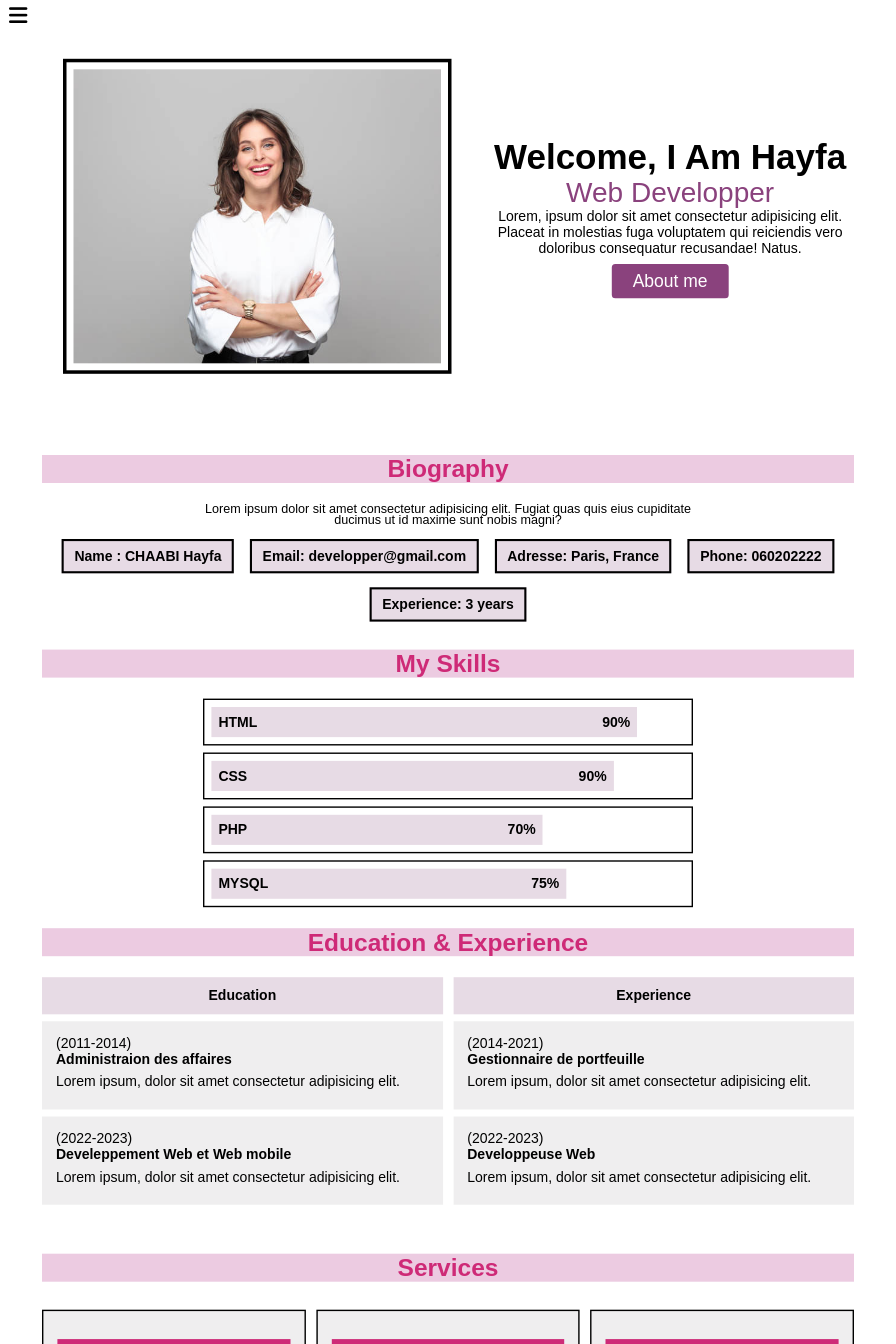
Repository: haifabilel/portfolio_project
Page: http://localhost/
These files come from the project's save history. The page is drawn as it stood at one moment and after the next save; the edit follows.
The browser window is 1280 px wide. The pictures show the part of the page from y = 0 to 1920 px (the page is 2678 px tall before and 2688 px after), at 70% of full size.
Some web fonts or font styles are not loaded; a fallback is used. The page is run by PHP 8.4 with error messages shown; the project is at /var/www/html/.

Above is the page before, as saved 2023-09-17 14:13:53.

### index.php
<!DOCTYPE html>
<html lang="fr">
<head>
    <meta charset="UTF-8">
    <meta name="viewport" content="width=device-width, initial-scale=1.0">
    <title>Portfolio</title>
    <!-- Font awesome cdn -->
    <link rel="stylesheet" href="https://cdnjs.cloudflare.com/ajax/libs/font-awesome/6.4.2/css/all.min.css">
    <!-- css link -->
    <link rel="stylesheet" href="css/style.css"
</head>
<body>
<!-- Header Section Starts -->
<header class="header">
<div id="menu-btn" class="fas fa-bars"></div>

    <a href="#home" class="logo">
       <img src="asset/logo.png" class="logo" alt="image-logo">
    </a>
<nav class="navbar">
    <a href="#home"class="active">Home</a>
    <a href="#about">About me</a>
    <a href="#portfolio">portfolio</a>
    <a href="#contact">Contact me</a>
</nav>
<div class="follow">
<a href="#" class="fab fa-facebook"></a>
<a href="#" class="fab fa-twitter"></a>
<a href="#" class="fab fa-instagram"></a>
<a href="#" class="fab fa-linkedin"></a>
<a href="#" class="fab fa-github"></a>
</div>
</header>

<!-- Header Section Ends -->
<!-- Home Section Starts -->
<section class="home" id="home">
    <div class="image">
        <img src="asset/photo-femme.jpg" alt="photo-femme" class="image-profil" >
    </div>
 <div class="content">
    <h1>Welcome, i am hayfa</h1>
    <p class="developper">Web Developper</p>
    <p>Lorem, ipsum dolor sit amet consectetur adipisicing elit. Placeat in molestias fuga voluptatem qui reiciendis vero doloribus consequatur recusandae! Natus.</p>
    <a href="#about" class="btn">About me</a>
 </div>
</section>
<!-- Home Section Ends -->
<!-- about Section Starts -->
<section class="about"  id="about">
    <h2 class="myBio">Biography</h2>
    <div class="biography">
        <p>Lorem ipsum dolor sit amet consectetur adipisicing elit.
             Fugiat quas quis eius cupiditate ducimus ut id maxime sunt nobis magni? </p>
        <h3> Name : CHAABI Hayfa </h3>
        <h3> Email: developper@gmail.com </h3>
        <h3> Adresse: Paris, France </h3>
        <h3> Phone: 060202222 </h3>
        <h3> Experience: 3 years </h3>
    </div>
<div class="skills">
<h2 class="myskills">My Skills</h2>
<div class="progress">
    <div class="bar"><h3><span>HTML</span><span>90%</span></h3></div>
    <div class="bar"><h3><span>CSS</span><span>90%</span></h3></div>
    <div class="bar"><h3><span>PHP</span><span>70%</span></h3></div>
    <div class="bar"><h3><span>MYSQL</span><span>75%</span></h3></div>
</div>
</div>

<div class="education_experienes">
     <h2 class="myskills">Education & Experience</h2>
    <div class="row">
        <div class="box_container">
            <h3 class="titre">Education</h3>
            <div class="box">
                <span>(2011-2014)</span>
                <h4>Administraion des affaires</h4>
                <p>Lorem ipsum, dolor sit amet consectetur
                    adipisicing elit.</p>
            </div>

            <div class="box">
                <span>(2022-2023)</span>
                <h4>Develeppement Web et Web mobile</h4>
                <p>Lorem ipsum, dolor sit amet consectetur
                    adipisicing elit.</p>
            </div>
        </div>

        <div class="box_container">
            <h3 class="titre">Experience</h3>
            <div class="box">
                <span>(2014-2021)</span>
                <h4>Gestionnaire de portfeuille</h4>
                <p>Lorem ipsum, dolor sit amet consectetur
                    adipisicing elit.</p>
            </div>

            <div class="box">
                <span>(2022-2023)</span>
                <h4>Developpeuse Web</h4>
                <p>Lorem ipsum, dolor sit amet consectetur
                    adipisicing elit.</p>
            </div>
        </div>
    </div>
</div>
</section>
<!-- about Section Ends -->
<!-- Services Section starts -->
<section class="services" id="services">
<h2 class="myservice">Services</h2>
<div class="box-container">
    <div class="box">
        <h3>Developpement Front End (HTML/CSS/JAVASCIPT)</h3>
        <p>Lorem ipsum dolor sit amet consectetur, adipisicing elit. Deleniti quo qui quisquam laboriosam repellendus tempore,
            suscipit numquam. Laborum, quisquam nam.</p>
    </div>

    <div class="box">
        <h3>Develeloppement Back End (PHP/SYMFONY/MYSQL)</h3>
        <p>Lorem ipsum dolor sit amet consectetur, adipisicing elit. Deleniti quo qui quisquam laboriosam repellendus tempore,
            suscipit numquam. Laborum, quisquam nam.</p>
    </div>

    <div class="box">
        <h3>La maintenance du produit après développement</h3>
        <p>Lorem ipsum dolor sit amet consectetur, adipisicing elit. Deleniti quo qui quisquam laboriosam repellendus tempore,
            suscipit numquam. Laborum, quisquam nam.</p>
    </div>
    <div class="box">

        <h3>Le test et l’intégration en continu les solutions web</h3>
        <p>Lorem ipsum dolor sit amet consectetur, adipisicing elit. Deleniti quo qui quisquam laboriosam repellendus tempore,
            suscipit numquam. Laborum, quisquam nam.</p>
    </div>
    <div class="box">
        <h3>La configuration et l’entretien des serveurs d’hébergements</h3>
        <p>Lorem ipsum dolor sit amet consectetur, adipisicing elit. Deleniti quo qui quisquam laboriosam repellendus tempore,
            suscipit numquam. Laborum, quisquam nam.</p>
    </div>
    <div class="box">
        <h3>La configuration et l’entretien des serveurs d’hébergements</h3>
        <p>Lorem ipsum dolor sit amet consectetur, adipisicing elit. Deleniti quo qui quisquam laboriosam repellendus tempore,
            suscipit numquam. Laborum, quisquam nam.</p>
    </div>
</div>
</section>



<!-- Services Section ends -->











<script src="js/script.js"></script>
</body>
</html>

### css/style.css
@import url('https://fonts.googleapis.com/css2?family=Crimson+Text:wght@400;600&family=EB+Garamond:wght@400;500;600&family=Lora:ital@1&family=Nanum+Myeongjo:wght@400;700;800&family=Poppins:ital,wght@1,200;1,300;1,400;1,500&display=swap');
:root{
    --black:#000;
    -white:#fff;
    --pinkLight:#ce2a77;
    --pink:#8e6787;
    --light-bg:#eccbe1;
    --light-bg2:#dccad8ab;
    --border-bold:.4rem solid var(--pink);
    --box--shadow:7px 6px 5px 0px rgba(0,0,0,0.4);
}
*{
    font-family: 'EB Garamond', 'Arial',' sans-serif';
    margin: 0;
    padding:0;
    box-sizing: border-box;
    outline:none;
    border:none;
    text-decoration:none;

}
*{
    background-color: var(--white);

}
*::-webkit-scrollbar{
    height:.5rem;
    width:1rem;
   }
*::-webkit-scrollbar-track{
    background-color: transparent;
}
*::-webkit-scrollbar-thumb{
    background-color: var(--pink);
}
html{
    font-size:62.5%;
    overflow-x: hidden;
    scroll-behavior: smooth;
}
section{
    padding:3rem 2rem;
    margin:0 auto;
    max-width:1200px;
    text-align: center;

}
body{
 margin: 20px;
 overflow: hidden;
 transition:.2s linear !important;
 text-align: center;
}
body.active{
  padding-left:35rem;
}

/* <!-- Body Section Ends --> */
/* <!-- Header Section Starts --> */
.header{
    position:fixed;
    top:0;left:-35rem;
    height:100vh;
    background-color:var(--white);
    border-right:var(--border-bold);
    width:35rem;
    padding:3rem 2rem;
    text-align:center;
    display: flex;
    align-items: center;
    justify-content: space-between;
    flex-flow: column;
    transition:.2s linear !important;
    text-align: center;

}
header .navbar{
    width: 100%;


}
header .navbar a{
    text-decoration: none;
    font-size: 2.5rem;
    padding:1.5rem;
    margin:3rem;
    display:block;

}
header .navbar a.active,
header .navbar a:hover{
 background-color: #f0aae46b;
 transform: scale(1.2);
}
.header .follow a{
    font-size:2.5rem;
    margin:0 1rem;
    color:#8a427d;
}
.header .follow a:hover{
    transform: scale(2.1);
}
#menu-btn{
   position: absolute;
   top:0; right:-5.5rem;
   height:4.5rem;
   line-height: 4.5rem;
   width:5rem;
   font-size: 3rem;
   cursor: pointer;
   color: var(--white);
}
.logo{
    margin-top: -30px;
    height: 190px;
}
header.active{
   left:0;
}
/* Header Section Ends */
 /* Home Section Starts  */
.home{
    margin-top:-70px;
    margin-bottom: -50px;
    display:flex;
    align-items: center;
    flex-wrap:wrap;
    gap:2rem;
    min-height: 100vh;
}
h1{
    font-size: 5rem;
    text-transform:capitalize;
}

.developper{
    color:#8a427d;
    font-size: 4rem;
}
p{
    font-size: 2rem;
}
.home .image img{
    height:45rem;
    padding:1rem;
    margin:30px;
    border :5px solid black;

}
.home .image{
    flex:1 1 40rem;
}
.home .content{
    flex:1 1 40rem;
}
.btn{
    display: inline-block;
    margin-top:1rem ;
    cursor: pointer;
    padding:1rem 3rem;
    background-color: #8a427d;
    color:#fff;
    border-radius: 5px;
    font-size: 2.5rem;
}
.btn:hover{
    transform: scale(1.1);
    transition: 0.5s;
}
/* Home Section Ends */
/* About section starts */
h2{

    margin-bottom:3rem;
    text-align: center;
    font-size: 3.5rem;
    color: var(--pinkLight);
    background-color: var(--light-bg);

}
h3{
    font-size: 2rem;
}
.biography p{
    margin:1rem auto;
    max-width:70rem;
    line-height:1.5rem;
    font-size:1.7rem;
    font-size: large;
}
.biography{
    margin-top: 1rem;
}
.biography h3{
    padding:1rem 1.5rem;
    display: inline-block;
    margin:1rem;
    background-color:var(--light-bg2);
    word-break:break-all;
    font-size:2rem;
    border:3px solid var(--black);
}
/* My Skills part starts */
.about .skills{
    margin:3rem 0;

}
.skills .progress{
  margin-top: 1rem;
}
.skills .progress .bar{
margin:1rem auto;
max-width: 70rem;
border:2px solid black;
padding:1rem;


}
.bar span{
 font-size: 2rem;
}
.skills .progress .bar h3{
    display: flex;
    align-items: center;
    justify-content: space-between;
    background-color: var(--light-bg2);
    padding: 1rem;
}
.skills .progress .bar:nth-child(1) h3{
   width:90%;
}
.skills .progress .bar:nth-child(2) h3{
    width:85%;
 }
 .skills .progress .bar:nth-child(3) h3{
    width:70%;
 }
 .skills .progress .bar:nth-child(4) h3{
    width:75%;
 }
 /* My Skills part ends */
 /* Education & Experience part starts */
 .education_experienes .row{
    display:flex;
    flex-wrap: wrap;
    gap:1.5rem;
 }
 .row .box_container{
   flex:1 1 40rem;
 }
 .box{
    text-align: left;
    margin:1rem 0;
    padding:2rem;
    background-color: #a9a4a92f;

 }
 .titre{
    padding: 1.5rem;
    font-size:2rem;
    background-color:var(--light-bg2);
 }
 .box h4{
    font-size:2rem;
 }
 .box span{
    font-size:2rem;
 }
/* About section ends */
/* Section SServices starts */
.services .box-container{
    display:grid;
    grid-template-columns: repeat(auto-fit, minmax(30rem,1fr));
    gap:1.5rem;
    align-items:flex-start;
}
.services .box-container .box{
 padding: 3rem 2rem;
 border: 2px solid black;
}

.box h3{
    margin:1rem 0;
    font-size:2.2rem;
    padding:1rem;
    background-color: var(--pinkLight);
    font-weight: normal;
}
.box p{
    line-height:2 ;
    font-size:2rem;

}

/* Section SServices ends */







/* media queries */
@media (max-widht:991px){
    html{
        font-size: 55%;
    }
    body .active{
        padding-left: 0;
    }

}

@media (max-widht:450px){
    body{
        margin: 0 40px;
    }
    html{
        font-size: 50%;
    }
    .header.active{
        padding-top:7rem;
    }
    #menu-btn.fa-times{
        right:0;
    }
    .home .image img{
     height:auto;
     width:100%;

    }

    .content h1{
        font-size:2rem;
    }
     h2{
        font-size: 1.5rem;
        margin-top:50px;
    }
   }

### js/script.js
let menu = document.querySelector('#menu-btn');
let header = document.querySelector('.header');

// Button toggle
menu.onclick = () =>{
   menu.classList.toggle('fa-times');
   header.classList.toggle('active');
   document.body.classList.toggle('active');
}

window.onscroll = () =>{
    if(window.innerWidth < 991){
        menu.classList.remove('fa-times');
        header.classList.remove('active') ;
        document.body.classList.remove('active');
    }
}

After the next save:
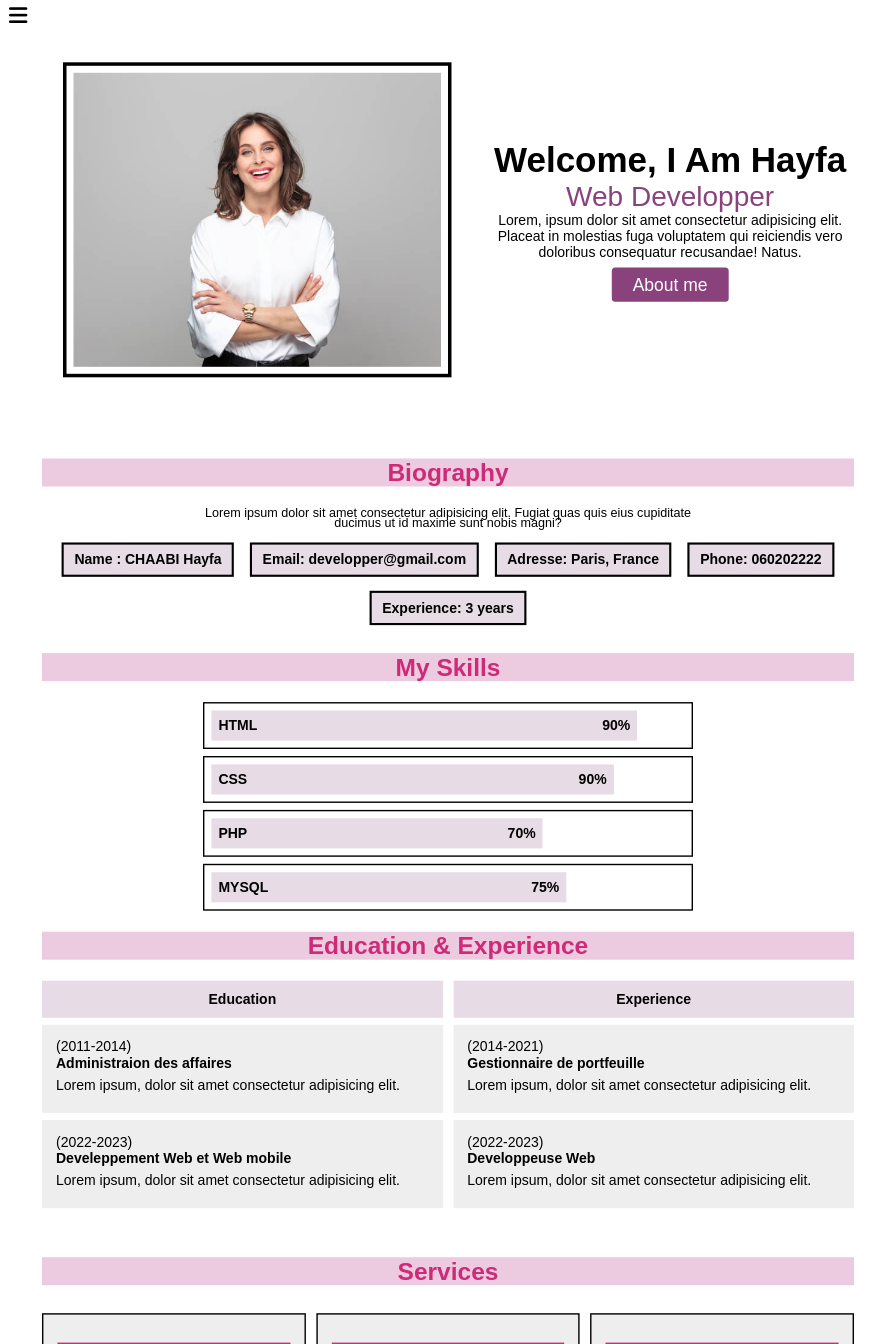
Saved 21 s later.
--- a/css/style.css
+++ b/css/style.css
@@ -46,7 +46,7 @@ section{
 
 }
 body{
- margin: 20px;
+ margin: 25px;
  overflow: hidden;
  transition:.2s linear !important;
  text-align: center;
